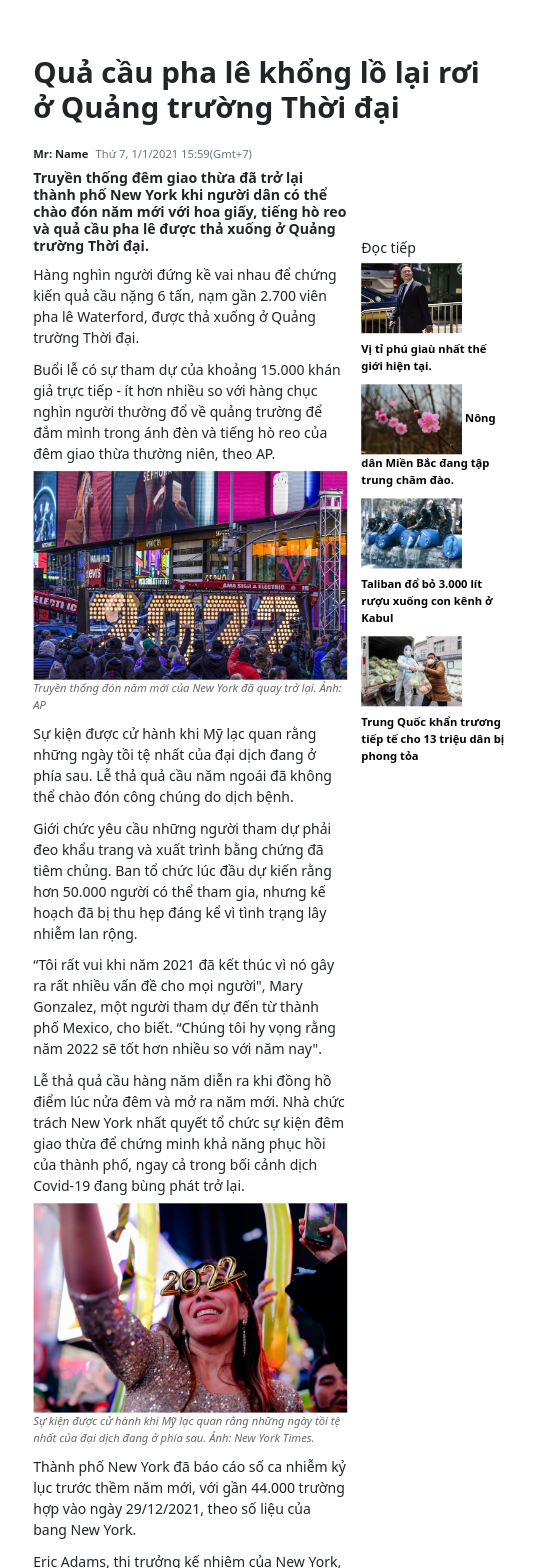
Repository: khanh2324/Java_Web
Page: WebContent/home-new/index.html
The author's editor kept a copy of each file at every save. The page is drawn from the files as they stood at one save, then again after the next save.
The browser window is 768 px wide. The pictures show the part of the page from y = 0 to 2240 px (the page is 4728 px tall before and 4712 px after), at 70% of full size.
Some web libraries are served in a nearby version.

Above is the page before, as saved 2022-01-06 10:11:25.

After the next save:
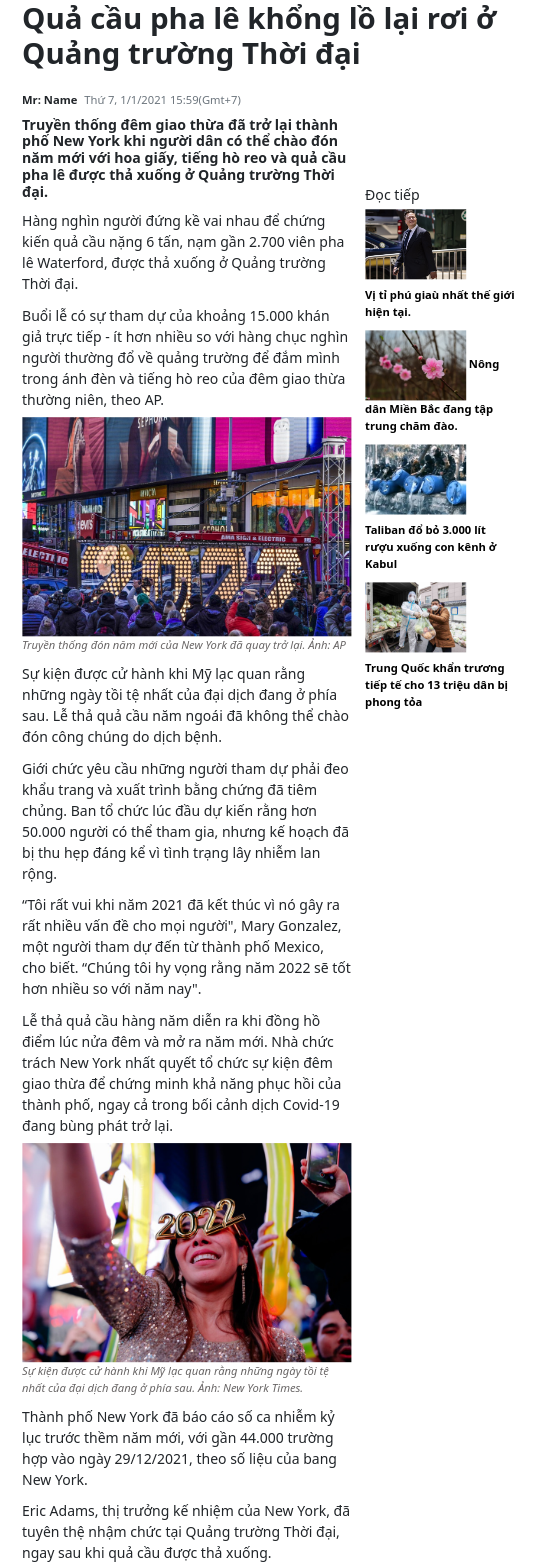
Saved 11 min 38 s later.
--- a/WebContent/home-new/css/responsive.css
+++ b/WebContent/home-new/css/responsive.css
@@ -27,6 +27,9 @@
 @media (max-width: 768px) {
   .content-right_news {
     flex-direction: column;
+  }
+  .layout-container {
+    padding: 0 1rem;
   }
   .layout-content-right_news {
     padding: 10rem 0 0 2rem;

After the save that followed:
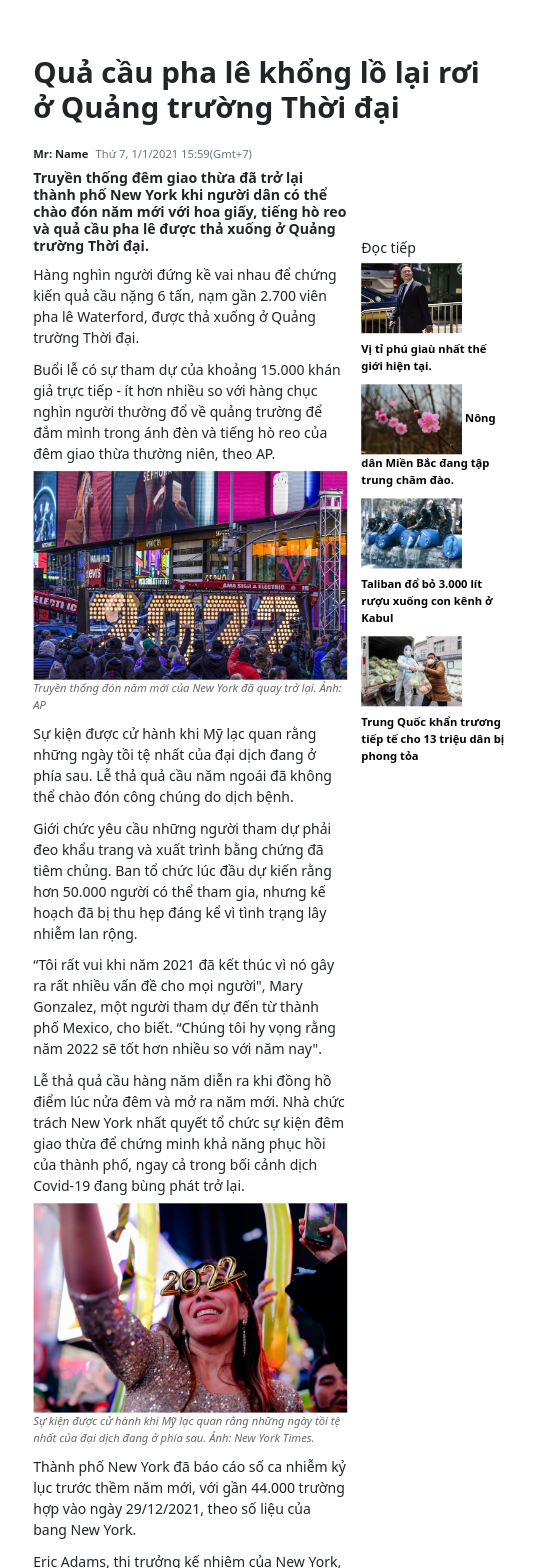
Saved 26 s later.
--- a/WebContent/home-new/css/responsive.css
+++ b/WebContent/home-new/css/responsive.css
@@ -29,7 +29,7 @@
     flex-direction: column;
   }
   .layout-container {
-    padding: 0 1rem;
+    padding: none;
   }
   .layout-content-right_news {
     padding: 10rem 0 0 2rem;
